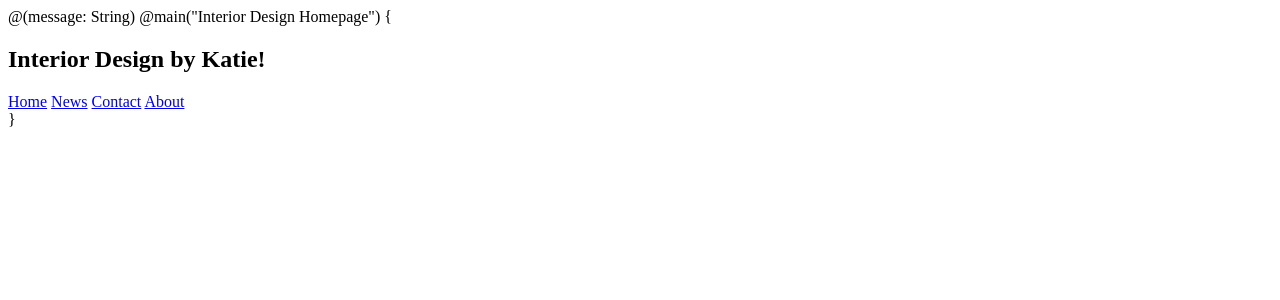
Repository: arthurfeeney/Interior-Design
Page: server/app/views/index.scala.html
An editor plug-in stored every save of this project. The page is shown before and after the next save, followed by the edit.
The browser window is 1280 px wide. The pictures show the whole page.

Above is the page before, as saved 2019-04-07 17:24:06.

After the next save:
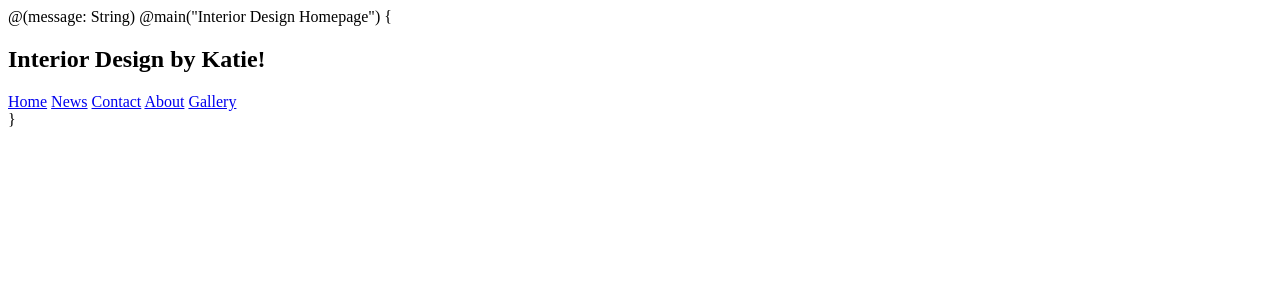
Saved 97 s later.
--- a/server/app/views/index.scala.html
+++ b/server/app/views/index.scala.html
@@ -7,6 +7,7 @@
   <a href="news" id="news">News</a>
   <a href="contact" id="contact">Contact</a>
   <a href="about" id="about">About</a>
+  <a href="gallery" id="gallery">Gallery</a>
 </div>
 
 <div id ="PageContent"></div>
